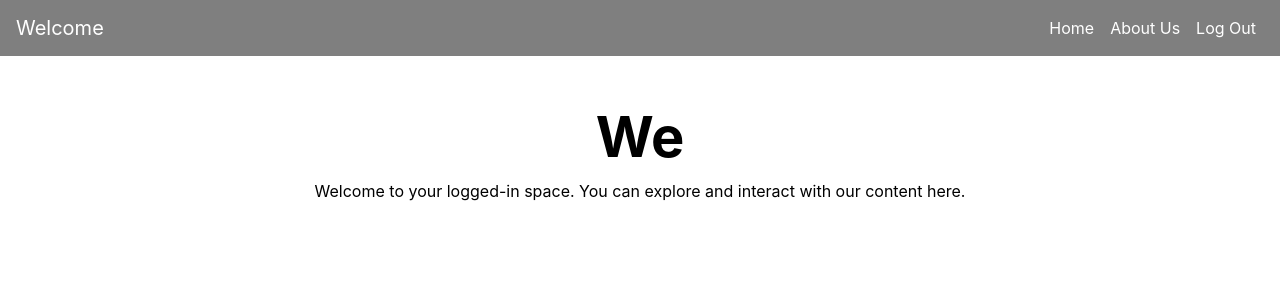
Repository: Shamanth-S/Customer-management
Page: DEMO/src/main/webapp/success.html
The author's editor kept a copy of each file at every save. The page is drawn from the files as they stood at one save, then again after the next save.
The browser window is 1280 px wide. The pictures show the whole page.

Above is the page before, as saved 2023-08-31 20:39:00.

### DEMO/src/main/webapp/success.html
<!DOCTYPE html>
<html>
<head>
    <title>Logged In</title>
    <link rel="stylesheet" href="https://maxcdn.bootstrapcdn.com/bootstrap/4.5.2/css/bootstrap.min.css">
    <style>
        body {
            background-size: cover;
            color: black;
        }
        .navbar {
            background-color: rgba(0, 0, 0, 0.5);
        }
        .navbar-dark .navbar-nav .nav-link {
            color: white;
        }
    </style>
    <script>
        function confirmLogout() {
            var choice = confirm("Are you sure you want to log out?");
            if (choice) {
                window.location.href = "home.html";
            }
        }
    </script>
</head>
<body>
    <nav class="navbar navbar-expand-lg navbar-dark">
        <a class="navbar-brand" href="home.html">Welcome</a>
        <button class="navbar-toggler" type="button" data-toggle="collapse" data-target="#navbarNav" aria-controls="navbarNav" aria-expanded="false" aria-label="Toggle navigation">
            <span class="navbar-toggler-icon"></span>
        </button>
        <div class="collapse navbar-collapse" id="navbarNav">
            <ul class="navbar-nav ml-auto">
                <li class="nav-item">
                    <a class="nav-link" href="home.html">Home</a>
                </li>
                <li class="nav-item">
                    <a class="nav-link" href="about.html">About Us</a>
                </li>
                <li class="nav-item">
                    <a class="nav-link" href="#" onclick="confirmLogout();">Log Out</a>
                </li>
            </ul>
        </div>
    </nav>
    <div class="container text-center mt-5">
        <h1 class="display-4 font-weight-bold">We</h1>
        <p>Welcome to your logged-in space. You can explore and interact with our content here.</p>
    </div>

    <script src="https://ajax.googleapis.com/ajax/libs/jquery/3.5.1/jquery.min.js"></script>
    <script src="https://cdnjs.cloudflare.com/ajax/libs/popper.js/1.16.0/umd/popper.min.js"></script>
    <script src="https://maxcdn.bootstrapcdn.com/bootstrap/4.5.2/js/bootstrap.min.js"></script>
</body>
</html>

After the next save:
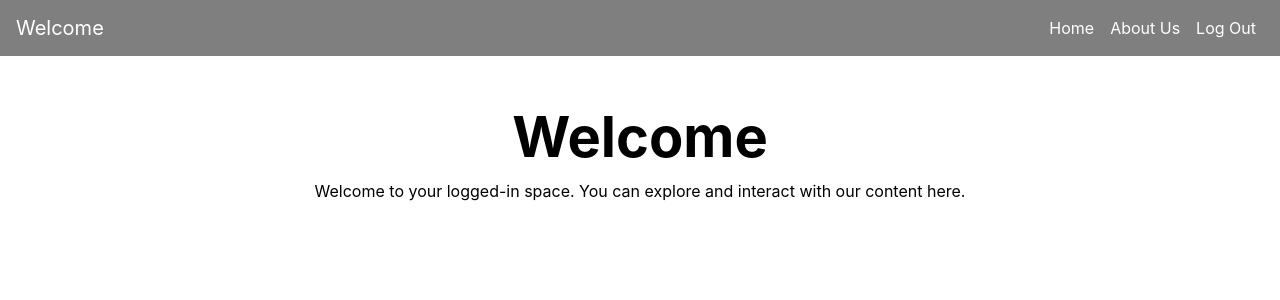
Saved 7 s later.
--- a/DEMO/src/main/webapp/success.html
+++ b/DEMO/src/main/webapp/success.html
@@ -45,7 +45,7 @@
         </div>
     </nav>
     <div class="container text-center mt-5">
-        <h1 class="display-4 font-weight-bold">We</h1>
+        <h1 class="display-4 font-weight-bold">Welcome </h1>
         <p>Welcome to your logged-in space. You can explore and interact with our content here.</p>
     </div>
 
